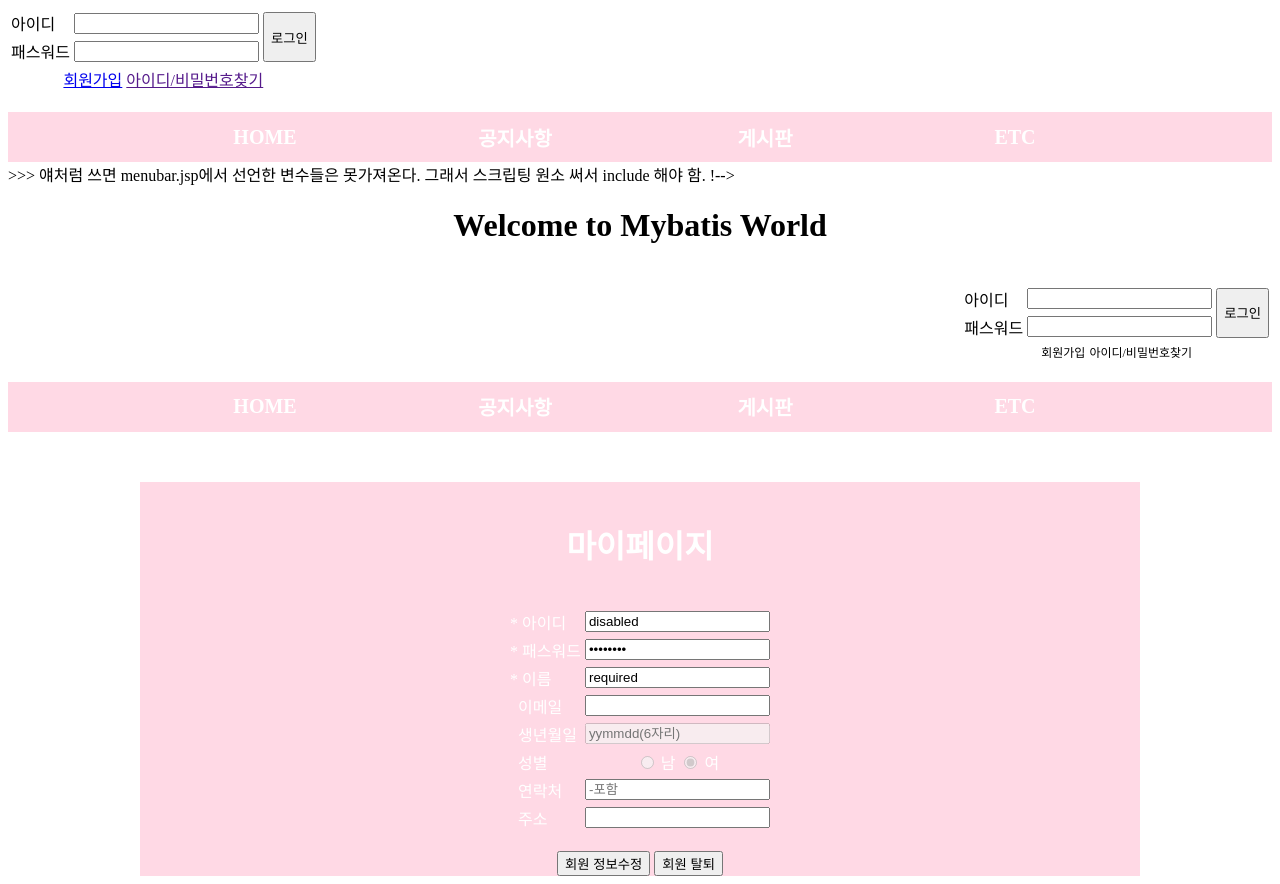
Repository: smjae96/Backup
Page: http://localhost/mybatisProject/WEB-INF/views/member/myPage.jsp
These files come from the project's save history. The page is drawn as it stood at one moment and after the next save; the edit follows.
The browser window is 1280 px wide. The pictures show the whole page.
The page is served by Tomcat 9. Nobody is signed in. Other server files are loaded and not shown. The template is opened directly, without the code that normally fills it, so the values that code supplies are empty.

Above is the page before, as saved 2024-04-03 07:49:18.

### 6_mybatis/mybatisProject/webapp/WEB-INF/views/member/myPage.jsp
<%@ page language="java" contentType="text/html; charset=UTF-8"
    pageEncoding="UTF-8"%>
<%@ taglib prefix="c" uri="http://java.sun.com/jsp/jstl/core" %>
<!DOCTYPE html>
<html>
<head>
<!-- <jsp:include page="../common/menubar.jsp"/>       >>> 얘처럼 쓰면 menubar.jsp에서 선언한 변수들은 못가져온다. 그래서 스크립팅 원소 써서 include 해야 함. !-->
<meta charset="UTF-8">
<title>Insert title here</title>
</head>
<body>
<%@ include file="../common/menubar.jsp" %>

<div class="outer">
		<br>
		<h1 align="center">마이페이지</h1>
		<br>
		<form action="update.me" method="post">
			<table align="center">
				<tr>
					<td>* 아이디</td>
					<td>
						<input type="text" name="userId" value=${loginUser.userId } disabled>
					</td>
				</tr>
				<tr>
					<td>* 패스워드</td>
					<td>
						<input type="password" name="userPwd" value=${loginUser.userPwd } required>
					</td>
				</tr>
				<tr>
					<td>* 이름</td>
					<td>
						<input type="text" name="userName" value=${loginUser.userName } required>
					</td>
				</tr>
				<tr>
					<td>&nbsp;&nbsp;이메일</td>
					<td>
						<input type="email" name="email" value=${loginUser.email }>
					</td>
				</tr>
				<tr>
					<td>&nbsp;&nbsp;생년월일</td>
					<td>
						<input type="text" name="birthday" placeholder="yymmdd(6자리)" disabled value=${loginUser.birthday }>
					</td>
				</tr>
				<tr>
					<td>&nbsp;&nbsp;성별</td>
					<td align="center">
					<c:choose>


						<c:when test="${loginUser.gender eq 'M'}">
							<input type="radio" name="gender" value="M" checked disabled> 남
							<input type="radio" name="gender" value="F"  disabled> 여
						</c:when>
						<c:otherwise>
							<input type="radio" name="gender" value="M"  disabled> 남
							<input type="radio" name="gender" value="F" checked disabled> 여
						</c:otherwise>


					</c:choose>
					</td>
				</tr>
				<tr>
					<td>&nbsp;&nbsp;연락처</td>
					<td>
						<input type="text" name="phone" placeholder="-포함" value=${loginUSer.phone }>
					</td>
				</tr>
				<tr>
					<td>&nbsp;&nbsp;주소</td>
					<td>
						<input type="text" name="address" value=${loginUser.address }>
					</td>
				</tr>
			</table>
			<br>
			<div align="center">
				<button type="submit">회원 정보수정</button>
				<button type="button">회원 탈퇴</button>
			</div>
		</form>
	</div>
</body>
</html>

### 6_mybatis/mybatisProject/webapp/WEB-INF/views/common/menubar.jsp
<%@ page language="java" contentType="text/html; charset=UTF-8"
    pageEncoding="UTF-8"%>
<%@ taglib prefix="c" uri="http://java.sun.com/jsp/jstl/core"%>
<!DOCTYPE html>
<html>
<head>
<meta charset="UTF-8">
<title>mybatis</title>
<style>
    .login-area a {
        text-decoration: none;
        color: black;
        font-size: 12px;
    }

    .nav-area {
        background: #ffd9e5; color: white; height: 50px;
    }
    .menu {
        display: table-cell; width: 250px; height: 50px; vertical-align: middle;
        font-size: 20px; font-weight: bold;
    }
    .menu:hover {
        background: rgb(245, 245, 151);
        cursor: pointer;
    }
    /* 공통적으로 사용되는 css */
    .outer {
        width: 1000px;
        background: #ffd9e5;
        color: white;
        margin: auto;
        margin-top: 50px;
    }
</style>
</head>
<body>
	<c:if test="${alertMsg != null }">
		<script>
			alert("${alertMsg}")
		</script>
		<c:remove var="alertMsg" scope="session" />
	</c:if>
    <h1 align="center">Welcome to Mybatis World</h1>
    <br>
    <div class="login-area" align="right">
        <!-- 로그인 전 표시할 부분-->
        <!-- choose-when-otherwise 쓸 때는 그 내부에 주석이 들어가면 안됨. -->
        <c:choose>
			<c:when test="${loginUser == null}">
        <form action="login.me" method="post">
            <table>
                <tr>
                    <td>아이디</td>
                    <td><input type="text" name="userId"></td>
                    <td rowspan="2">
                        <button type="submit" style="height: 50px;">로그인</button>
                    </td>
                </tr>
                <tr>
                    <td>패스워드</td>
                    <td><input type="password" name="userPwd"></td>
                </tr>
                <tr>
                    <td colspan="3" align="center">
                        <a href="enrollForm.me">회원가입</a>
                        <a href="">아이디/비밀번호찾기</a>
                    </td>
                </tr>
            </table>
        </form>
        </c:when>
        <c:otherwise>
        <div>
            <table>
                <tr>
                    <td colspan="2">
                        <h3>${loginUser.userId }님 환영합니다^^</h3>
                    </td>
                </tr>
                <tr align="center">
                    <td><a href="mypage.me">마이페이지</a></td>
                    <td><a href="logout.me">로그아웃</a></td>
                </tr>
            </table>
        </div>
        </c:otherwise>
    </c:choose>
    </div>

    <br>
    <div class="nav-area" align="center">
        <div class="menu">HOME</div>
        <div class="menu">공지사항</div>
        <div class="menu">게시판</div>
        <div class="menu">ETC</div>
    </div>
</body>
</html>

After the next save:
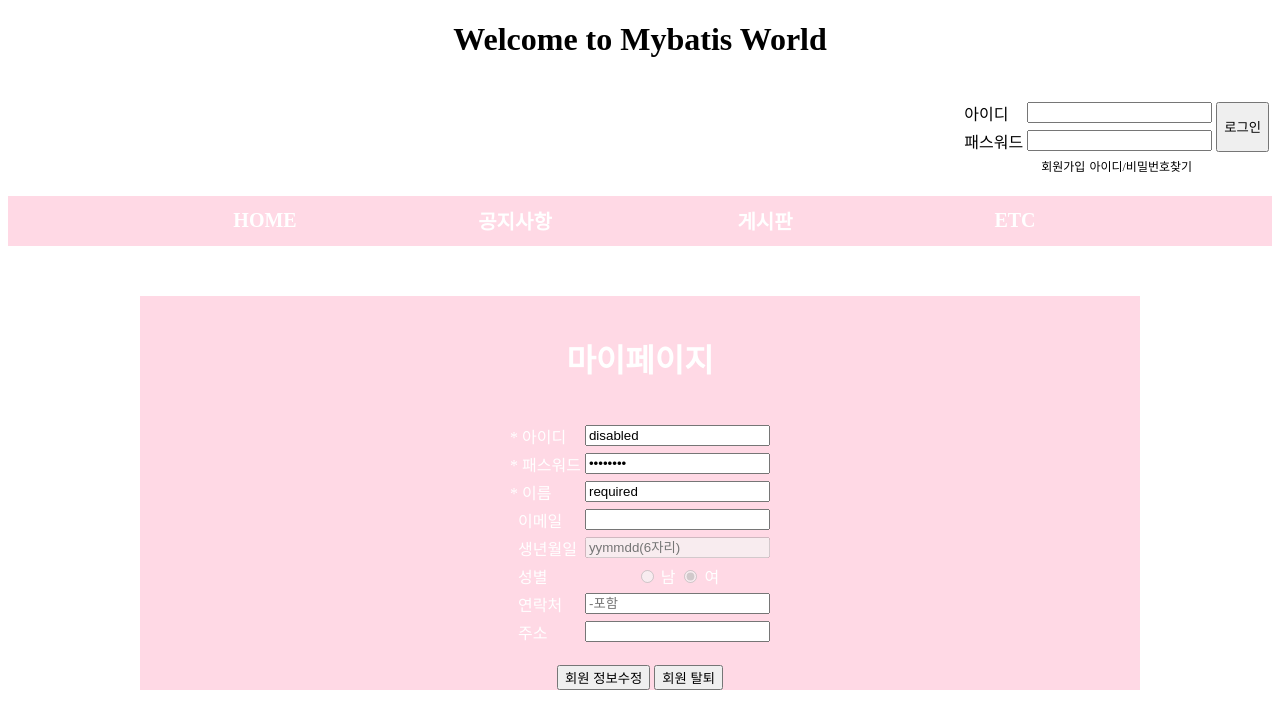
Saved 7 s later.
--- a/6_mybatis/mybatisProject/webapp/WEB-INF/views/member/myPage.jsp
+++ b/6_mybatis/mybatisProject/webapp/WEB-INF/views/member/myPage.jsp
@@ -4,7 +4,6 @@
 <!DOCTYPE html>
 <html>
 <head>
-<!-- <jsp:include page="../common/menubar.jsp"/>       >>> 얘처럼 쓰면 menubar.jsp에서 선언한 변수들은 못가져온다. 그래서 스크립팅 원소 써서 include 해야 함. !-->
 <meta charset="UTF-8">
 <title>Insert title here</title>
 </head>
